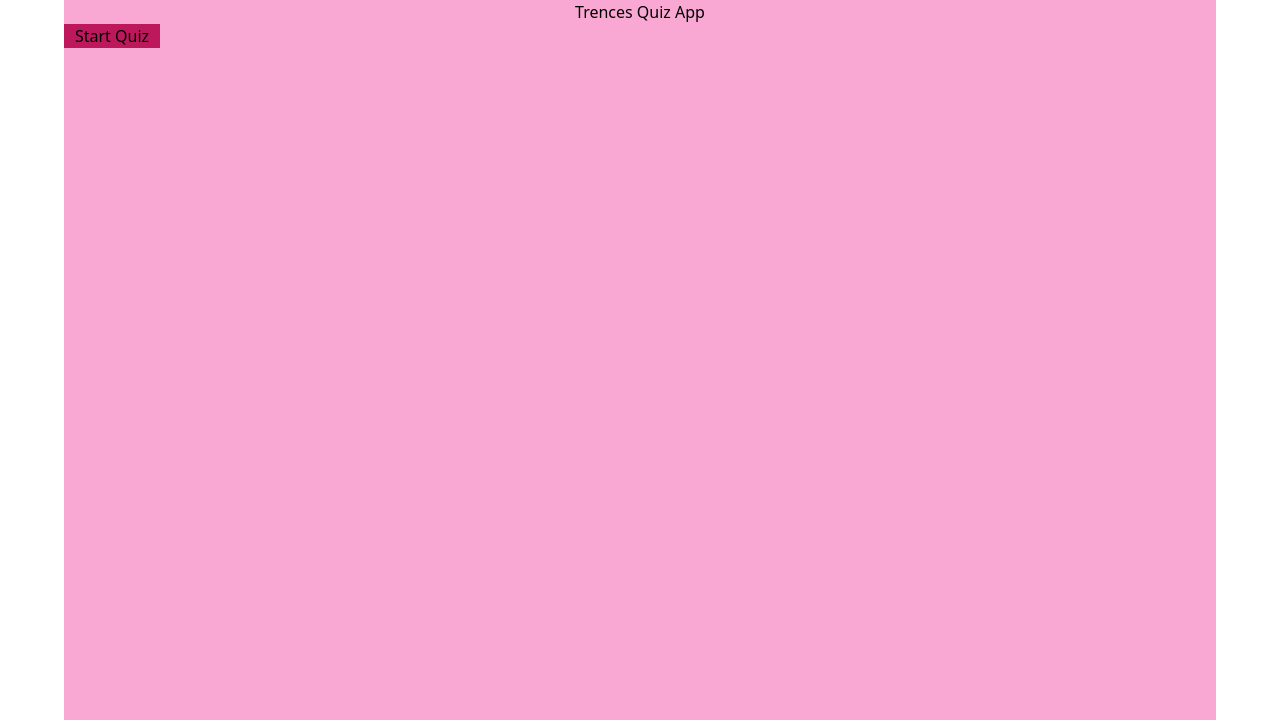
Repository: Semanmernstack/Quiz-react-app
Page: /, after clicking the first element matching `button`
The author's editor kept a copy of each file at every save. The page is drawn from the files as they stood at one save, then again after the next save.
The browser window is 1280 px wide. The pictures show the whole page.
The project was rebuilt for these pictures with package versions that can differ from the ones it lists, and the page was loaded fresh each time. Also part of the build but not shown: src/components/End.js.

Above is the page before, as saved 2023-01-29 06:54:11.

After the next save:
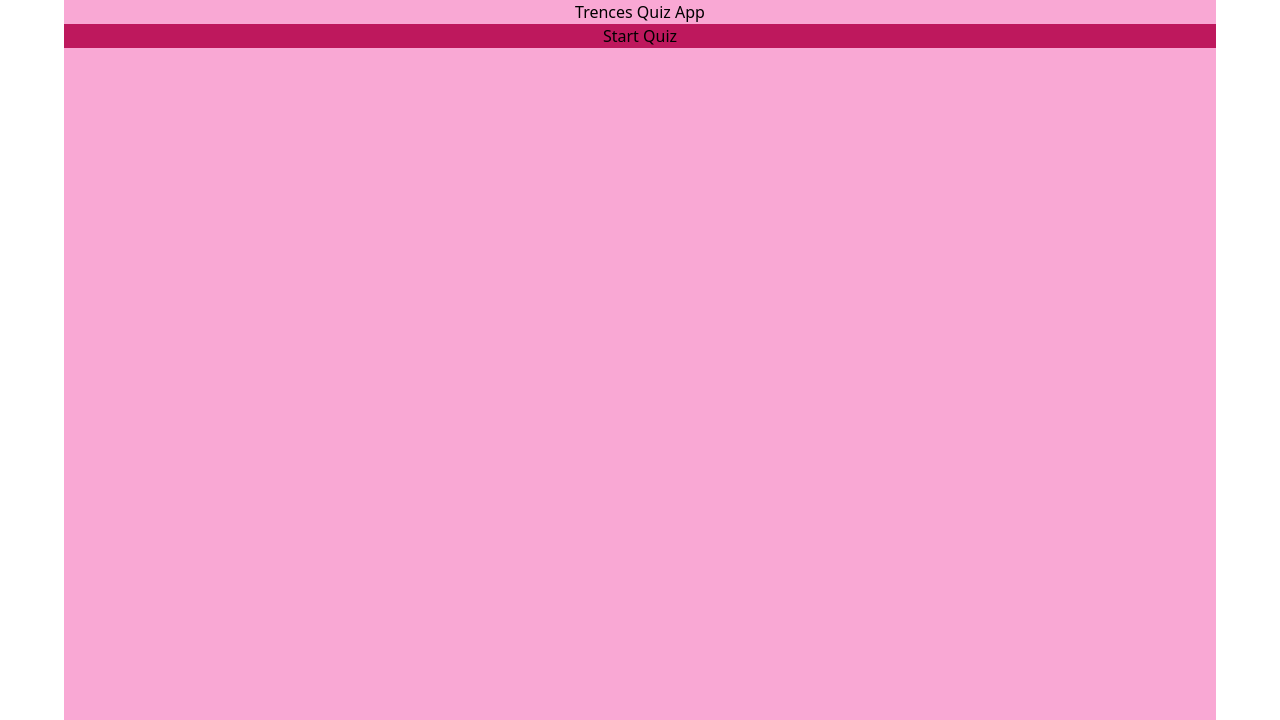
Saved 12 s later.
--- a/src/components/Quiz.js
+++ b/src/components/Quiz.js
@@ -2,7 +2,7 @@ import React from 'react'
 
 function Quiz() {
   return (
-    <div className="bg-pink-700 w-24 text-center justify-center ">
+    <div className="bg-pink-700  ">
         <p>Start Quiz</p>
 
     </div>
